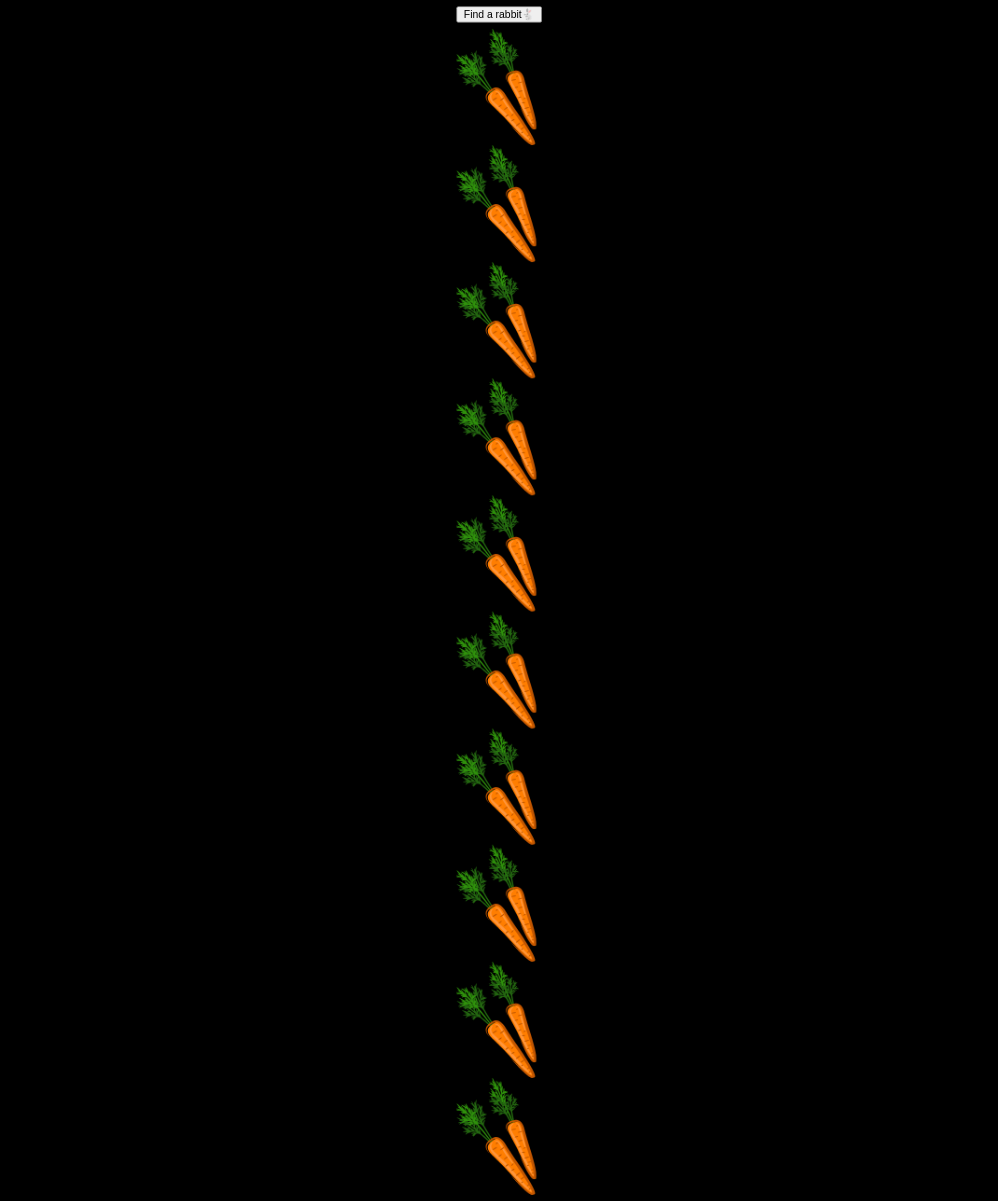
Repository: dhchun1203/browser-practice-works-
Page: rabbits/index.html
The author's editor kept a copy of each file at every save. The page is drawn from the files as they stood at one save, then again after the next save.
The browser window is 1280 px wide. The pictures show the whole page, at 78% of full size.

Above is the page before, as saved 2021-01-04 12:09:51.

### rabbits/index.html
<!DOCTYPE html>
<html lang="en">
	<head>
		<meta charset="UTF-8" />
		<meta name="viewport" content="width=device-width, initial-scale=1.0" />
		<title>Scroll</title>
		<style>
			body {
				background-color: black;
				display: flex;
				flex-direction: column;
				align-items: center;
			}
			button {
				width: 110px;
				margin-bottom: 8px;
			}
			img {
				width: 110px;
			}
		</style>
	</head>
	<body>
		<button>Find a rabbit🐇</button>
		<img src="img/carrot.png" alt="" />
		<img src="img/carrot.png" alt="" />
		<img src="img/carrot.png" alt="" />
		<img src="img/carrot.png" alt="" />
		<img src="img/carrot.png" alt="" />
		<img src="img/carrot.png" alt="" />
		<img src="img/carrot.png" alt="" />
		<img src="img/carrot.png" alt="" />
		<img src="img/carrot.png" alt="" />
		<img src="img/carrot.png" alt="" />
		<script></script>
	</body>
</html>

After the next save:
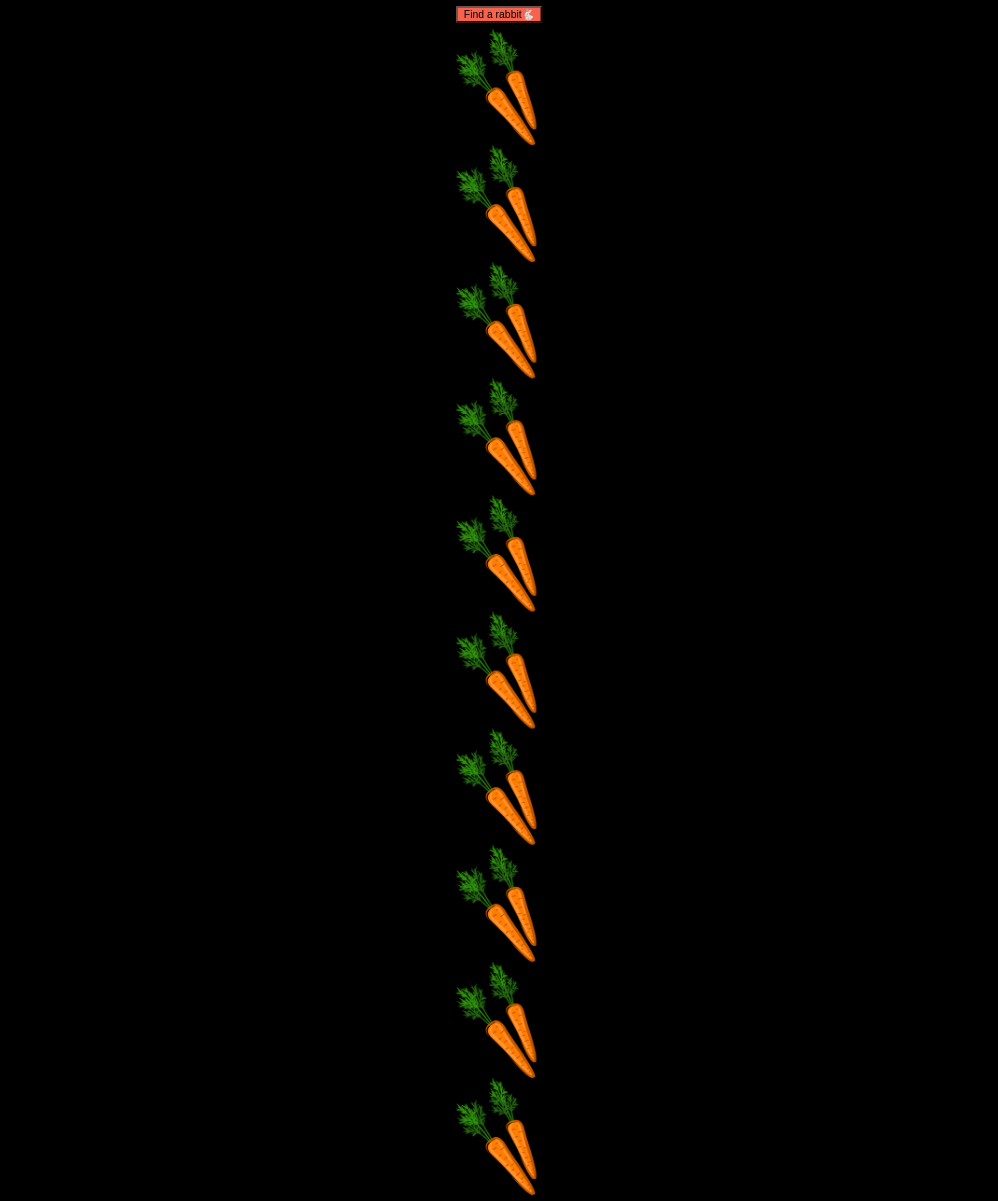
Saved 44 s later.
--- a/rabbits/index.html
+++ b/rabbits/index.html
@@ -14,6 +14,7 @@
 			button {
 				width: 110px;
 				margin-bottom: 8px;
+				background-color: #f5634d;
 			}
 			img {
 				width: 110px;
